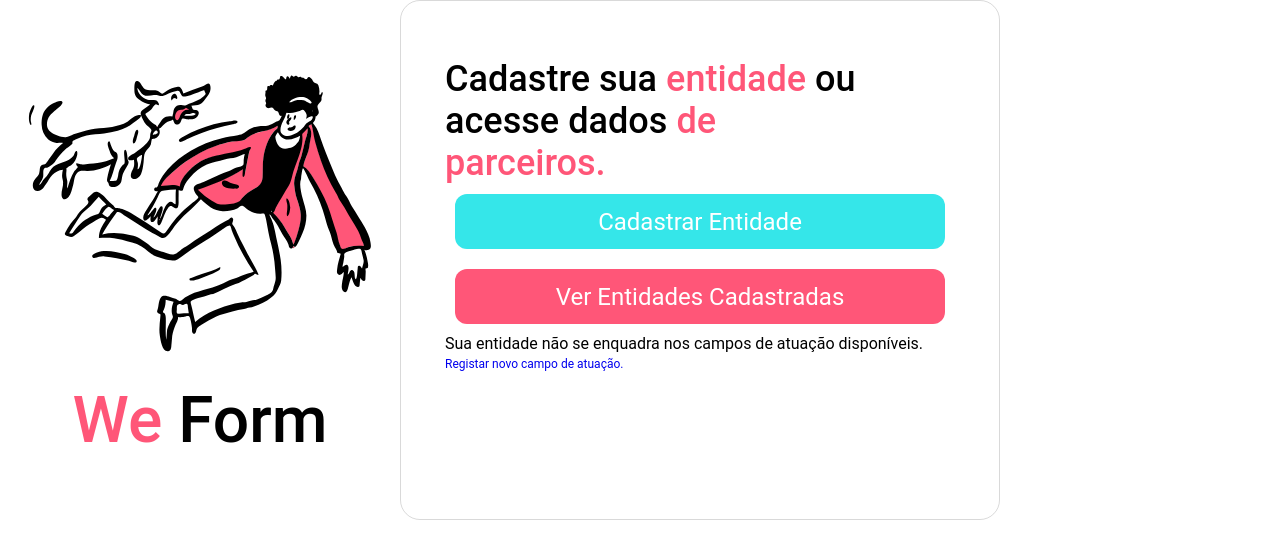
Repository: guilhermecardoso93/we-form
Page: index.html
These files come from the project's save history. The page is drawn as it stood at one moment and after the next save; the edit follows.
The browser window is 1280 px wide. The pictures show the whole page.

Above is the page before, as saved 2024-06-09 17:33:40.

### index.html
<!DOCTYPE html>
<html lang="pt-BR">

<head>
    <meta charset="UTF-8">
    <meta name="viewport" content="width=device-width, initial-scale=1.0">
    <link rel="stylesheet" href="./styles.css">
    <title>We Form</title>
</head>

<body>
    <div class="content">

        <aside>
            <img src="./assets/hero.svg" alt="Ilustração mulher com cachorro" />
            <h1>
                <span>We</span> Form
            </h1>
        </aside>

        <main>
            <h2>Cadastre sua <span>entidade</span> ou acesse dados <span>de parceiros.</span></h2>
            <div class="buttons">
                <button>
                <a href="http://">Cadastrar Entidade</a>
            </button>
                <button>
                <a href="http://">Ver Entidades Cadastradas</a>
            </button>
            </div>
            <div class="rodape">
                <p>Sua entidade não se enquadra nos campos de atuação disponíveis.</p>
                <a href="http://">Registar novo campo de atuação.</a>
            </div>
        </main>
    </div>
</body>

</html>

### styles.css
* {
  padding: 0;
  margin: 0;
  box-sizing: border-box;
  font-family: Roboto, sans-serif;
}

:root {
  font-size: 62.5%;
}

body {
  margin: auto;
  font-size: 1.6rem;
}

.content {
  display: flex;
}

aside {
  display: flex;
  flex-direction: column;
  align-items: center;
  justify-content: center;
  gap: 2rem;
}

aside h1 {
  font-size: 6.4rem;
  font-weight: 500;
  line-height: 75px;
}

aside h1>span, main h2>span {
  color: #FF5678;
}

aside img {
  width: 40rem;
}


main {
  width: 60rem;
  height: 52rem;
  border: 1px solid rgba(0, 0, 0, 0.15);
  border-radius: 20px;
  padding: 5.7rem 4.4rem;
}

main h2 {
  max-width: 43rem;
  font-size: 3.6rem;
  font-weight: 500;
}

.buttons {
  display: flex;
  flex-direction: column;
  justify-content: center;
  gap: 2rem;
  text-decoration: none;
  margin: 1rem;
}


.buttons button {
  background-color: #35e6e9;
  height: 5.5rem;
  border: none;
  border-radius: 12px;
}

.buttons button:hover {
  opacity: 0.5;
}

.buttons button a {
  text-decoration: none;
  color: #fff;
  font-size: 2.4rem;
}

.buttons button+button {
  background-color: #FF5678;
}

.rodape p {
  font-size:1.6rem;
}

.rodape a {
  font-size:1.2rem;
  text-decoration: none;
}

After the next save:
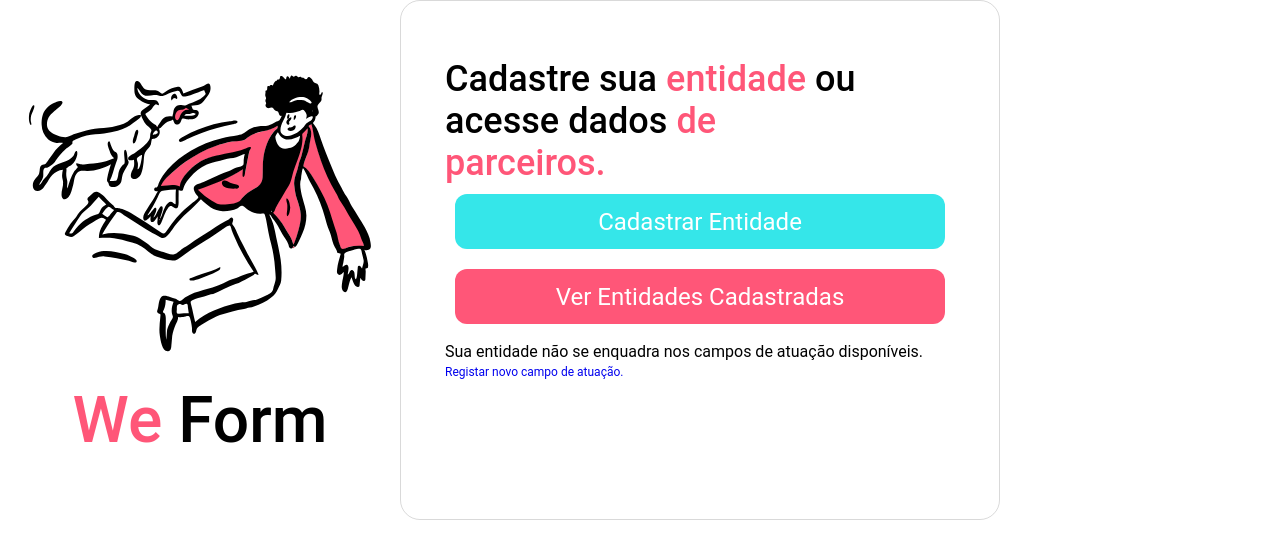
Saved 11 s later.
--- a/styles.css
+++ b/styles.css
@@ -88,6 +88,7 @@ main h2 {
 
 .rodape p {
   font-size:1.6rem;
+  margin-top: 1.8rem;
 }
 
 .rodape a {
